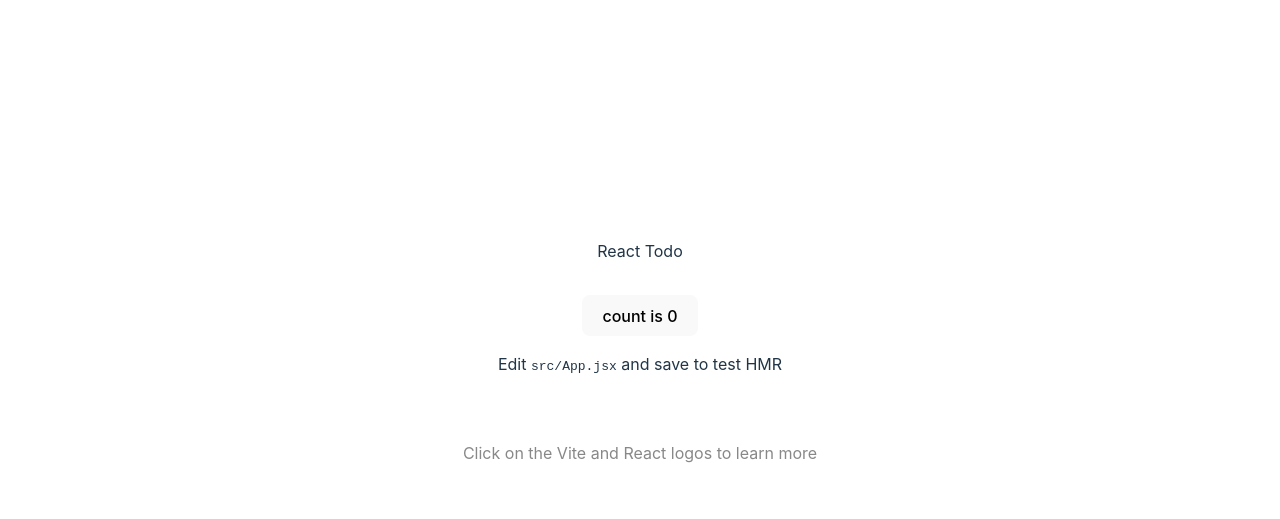
Repository: feyroozecode/React-Todo
Page: /
An editor plug-in stored every save of this project. The page is shown before and after a run of saves, followed by the edit.
The browser window is 1280 px wide. The pictures show the whole page.
The project was rebuilt for these pictures with package versions that can differ from the ones it lists, and the page was loaded fresh each time. Also part of the build but not shown: vite.config.js.

Above is the page before, as saved 2023-09-20 17:38:38.

### src/App.jsx
import { useState } from 'react'
import reactLogo from './assets/react.svg'
import viteLogo from '/vite.svg'
import './App.css'

export default function App() {
  const [todo, setTodo]   = useState([""])
  const [count, setCount] = useState(0)

  return (
    <>
      <div>
        <center> React Todo </center>

      </div>
      <div className="card">
        <button onClick={() => setCount((count) => count + 1)}>
          count is {count}
        </button>
        <p>
          Edit <code>src/App.jsx</code> and save to test HMR
        </p>
      </div>
      <p className="read-the-docs">
        Click on the Vite and React logos to learn more
      </p>
    </>
  )
}

Loaded but not shown: index.html (common file); src/main.jsx (common file); src/index.css (common file); src/App.css (common file)

After the next 2 saves:
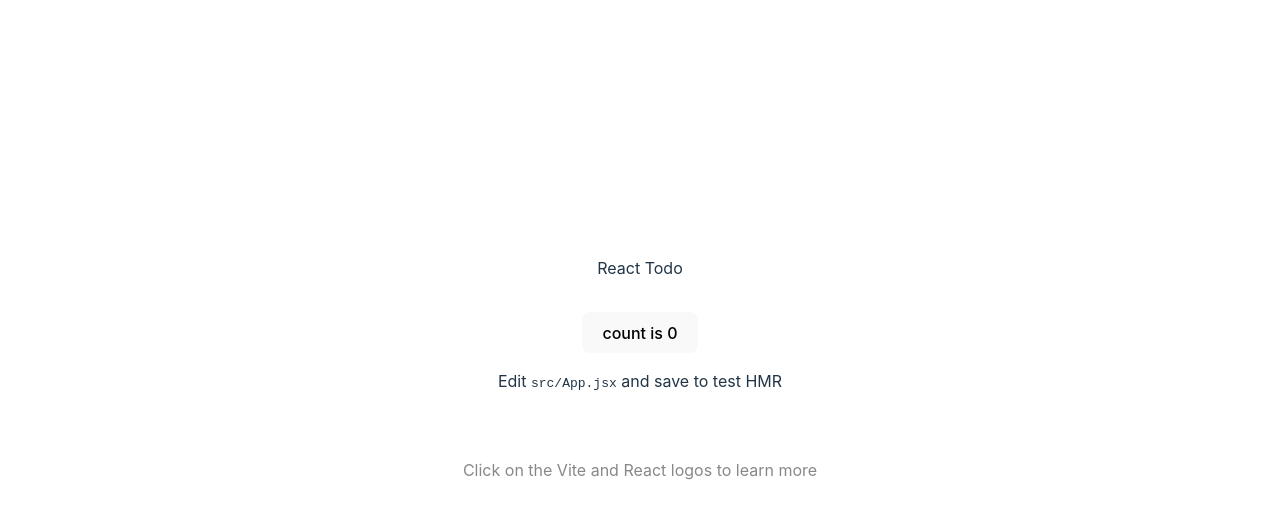
The 2 saves are shown as one change because they came seconds apart.
The last was saved 7 s later.
--- a/src/App.jsx
+++ b/src/App.jsx
@@ -10,7 +10,7 @@
   return (
     <>
       <div>
-        <center> React Todo </center>
+        <center> <h1> </h1> React Todo </center>
 
       </div>
       <div className="card">
